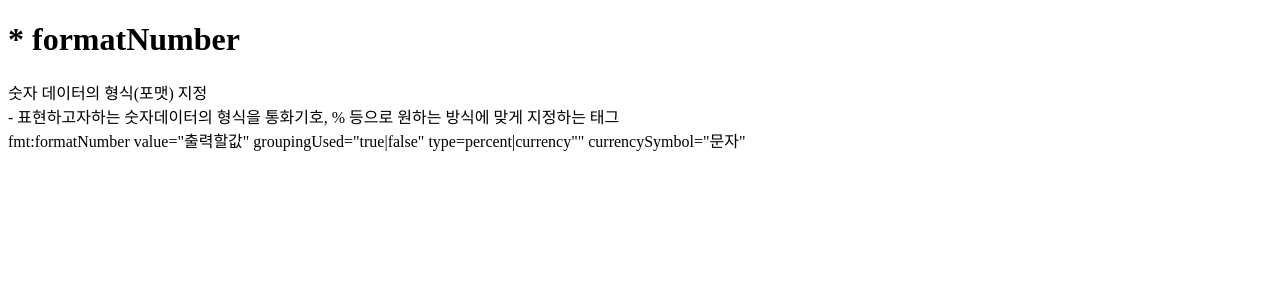
Repository: kkh1396/kh_front
Page: http://localhost/2_jsp/views/4_CustomAction/3_fmt.jsp
The author's editor kept a copy of each file at every save. The page is drawn from the files as they stood at one save, then again after the next save.
The browser window is 1280 px wide. The pictures show the whole page.
The page is served by Tomcat 9. Nobody is signed in. The application's start-up code is not run. Other server files are loaded and not shown.

Above is the page before, as saved 2025-03-21 06:40:41.

### 05_server/2_jsp/src/main/webapp/views/4_CustomAction/3_fmt.jsp
<%@ page language="java" contentType="text/html; charset=UTF-8"
    pageEncoding="UTF-8"%>
<%@ taglib prefix="c" uri="http://java.sun.com/jsp/jstl/core" %>
<%@ taglib prefix="fmt" uri="http://java.sun.com/jsp/jstl/fmt" %>

<!DOCTYPE html>
<html>
<head>
<meta charset="UTF-8">
<title>JSTL - fmt</title>
</head>
<body>
		<h1> * formatNumber </h1>
		<p>
		    숫자 데이터의 형식(포맷) 지정 <br>
		    - 표현하고자하는 숫자데이터의 형식을 통화기호, % 등으로 원하는 방식에 맞게 지정하는 태그
		    <br>

		    fmt:formatNumber value="출력할값"
							groupingUsed="true|false"
		    				type=percent|currency"" currencySymbol="문자"

		</p>

		<c:set var="n1" value="123456789"/>
		<c:set var="n2" value="0.65"/>
		<c:set var="n3" value="50000"/>



</body>
</html>

After the next save:
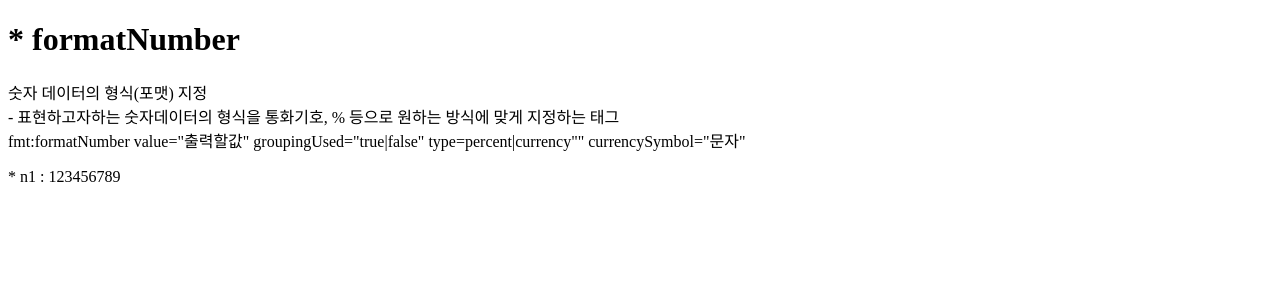
Saved 27 s later.
--- a/05_server/2_jsp/src/main/webapp/views/4_CustomAction/3_fmt.jsp
+++ b/05_server/2_jsp/src/main/webapp/views/4_CustomAction/3_fmt.jsp
@@ -26,6 +26,8 @@
 		<c:set var="n2" value="0.65"/>
 		<c:set var="n3" value="50000"/>
 
+		* n1 : ${ n1 }
+
 
 
 </body>
